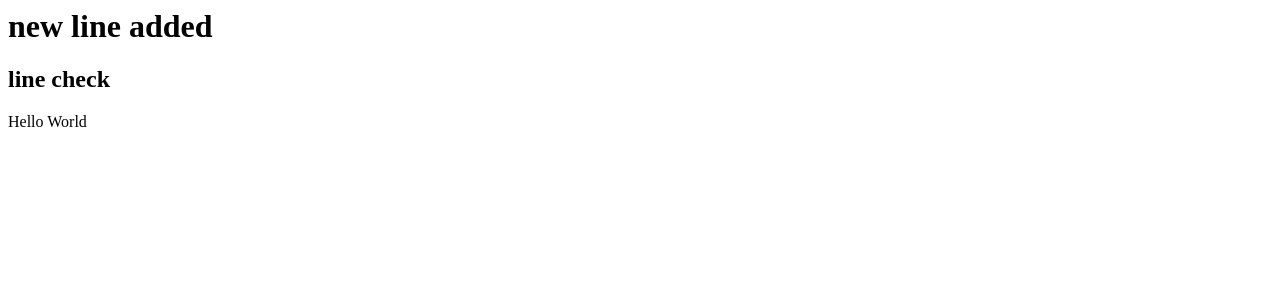
Repository: SiddhiRepo/gitTrail
Page: index.html
An editor plug-in stored every save of this project. The page is shown before and after the next save, followed by the edit.
The browser window is 1280 px wide. The pictures show the whole page.

Above is the page before, as saved 2024-03-10 15:26:02.

After the next save:
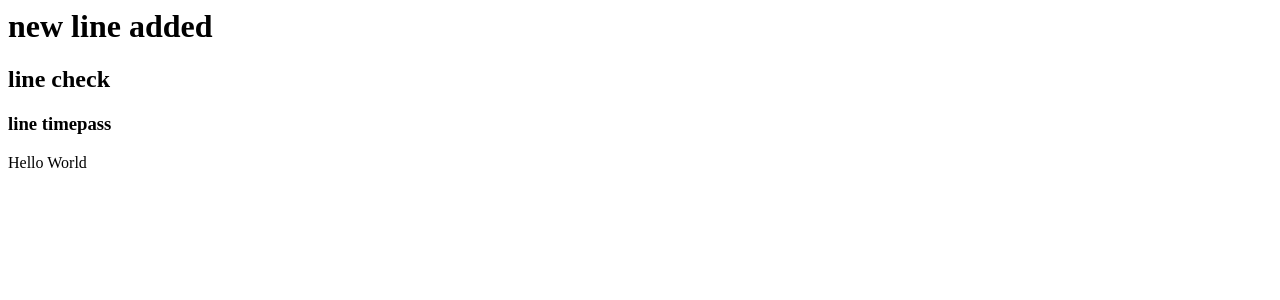
Saved 2 min 45 s later.
--- a/index.html
+++ b/index.html
@@ -3,6 +3,7 @@
 <body>
   <h1>new line added</h1>
   <h2>line check</h2>
+  <h3>line timepass</h3>
     <p>
         Hello World
     </p>
